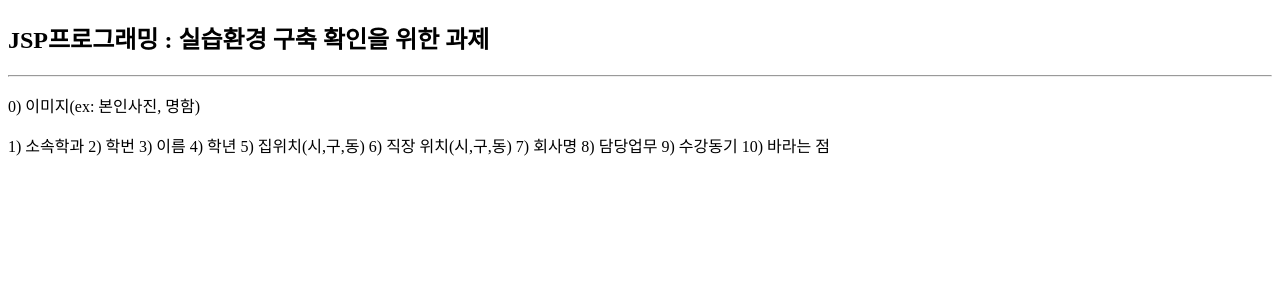
Repository: jiyoung510/JAVA-learning-examples
Page: http://localhost/jspbook/ch01/HelloWorld.jsp
These files come from the project's save history. The page is drawn as it stood at one moment and after the next save; the edit follows.
The browser window is 1280 px wide. The pictures show the whole page.
The page is served by Tomcat 9. Other server files are loaded and not shown.

Above is the page before, as saved 2022-09-25 01:36:23.

### jspbook/WebContent/ch01/HelloWorld.jsp
<%@page import="java.util.Date"%>
<%@ page language="java" contentType="text/html; charset=UTF-8"
    pageEncoding="UTF-8"%>
<!DOCTYPE html>
<html>
<head>
<meta charset="UTF-8">
<title>HelloWorldJSP</title>
</head>
<body>
	<h2>JSP프로그래밍 : 실습환경 구축 확인을 위한 과제</h2>
	<hr>
	<p>
	<span style="display:block">0) 이미지(ex: 본인사진, 명함)</span>

	</p>
	1) 소속학과
	2) 학번
	3) 이름
	4) 학년
	5) 집위치(시,구,동)
	6) 직장 위치(시,구,동)
	7) 회사명
	8) 담당업무
	9) 수강동기
	10) 바라는 점
</body>
</html>

After the next save:
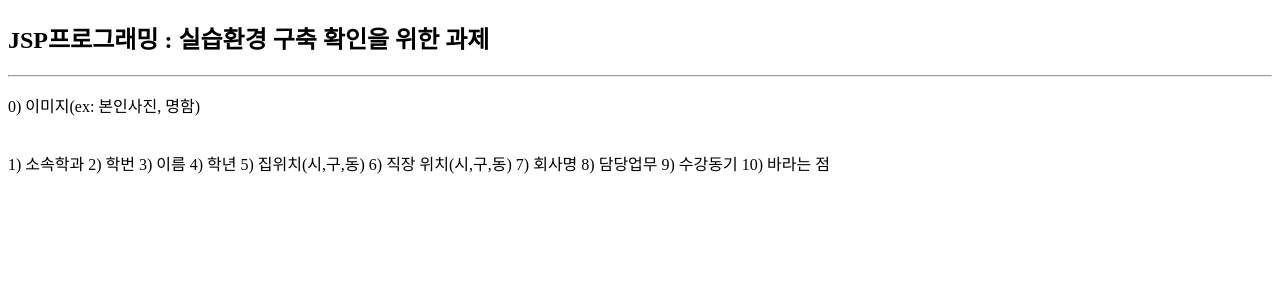
Saved 8 s later.
--- a/jspbook/WebContent/ch01/HelloWorld.jsp
+++ b/jspbook/WebContent/ch01/HelloWorld.jsp
@@ -12,7 +12,7 @@
 	<hr>
 	<p>
 	<span style="display:block">0) 이미지(ex: 본인사진, 명함)</span>
-
+	<img src="">
 	</p>
 	1) 소속학과
 	2) 학번
